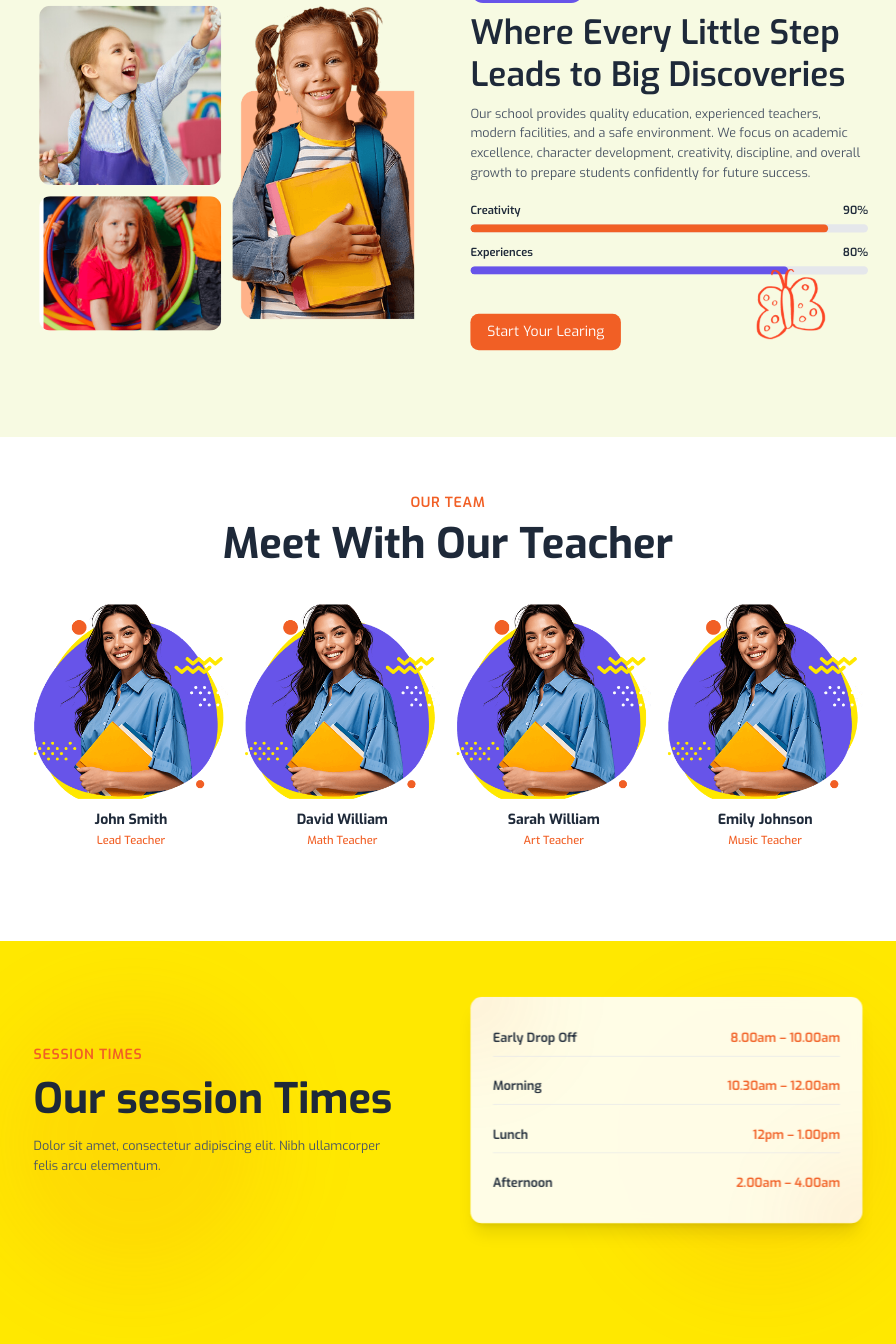
Repository: deepak445566/school
Page: / (app in okwork/)
These files come from the project's save history. The page is drawn as it stood at one moment and after the next save; the edit follows.
The browser window is 1280 px wide. The pictures show the part of the page from y = 816 to 2736 px (the page is 2736 px tall), at 70% of full size.
Some web fonts or font styles are not loaded; a fallback is used. The project was rebuilt for these pictures with package versions that can differ from the ones it lists, and the page was loaded fresh each time. Some packages were replaced by stand-ins written for this rebuild. Also part of the build but not shown: okwork/vite.config.js.

Above is the page before, as saved 2026-02-18 19:34:59.

After the next save:
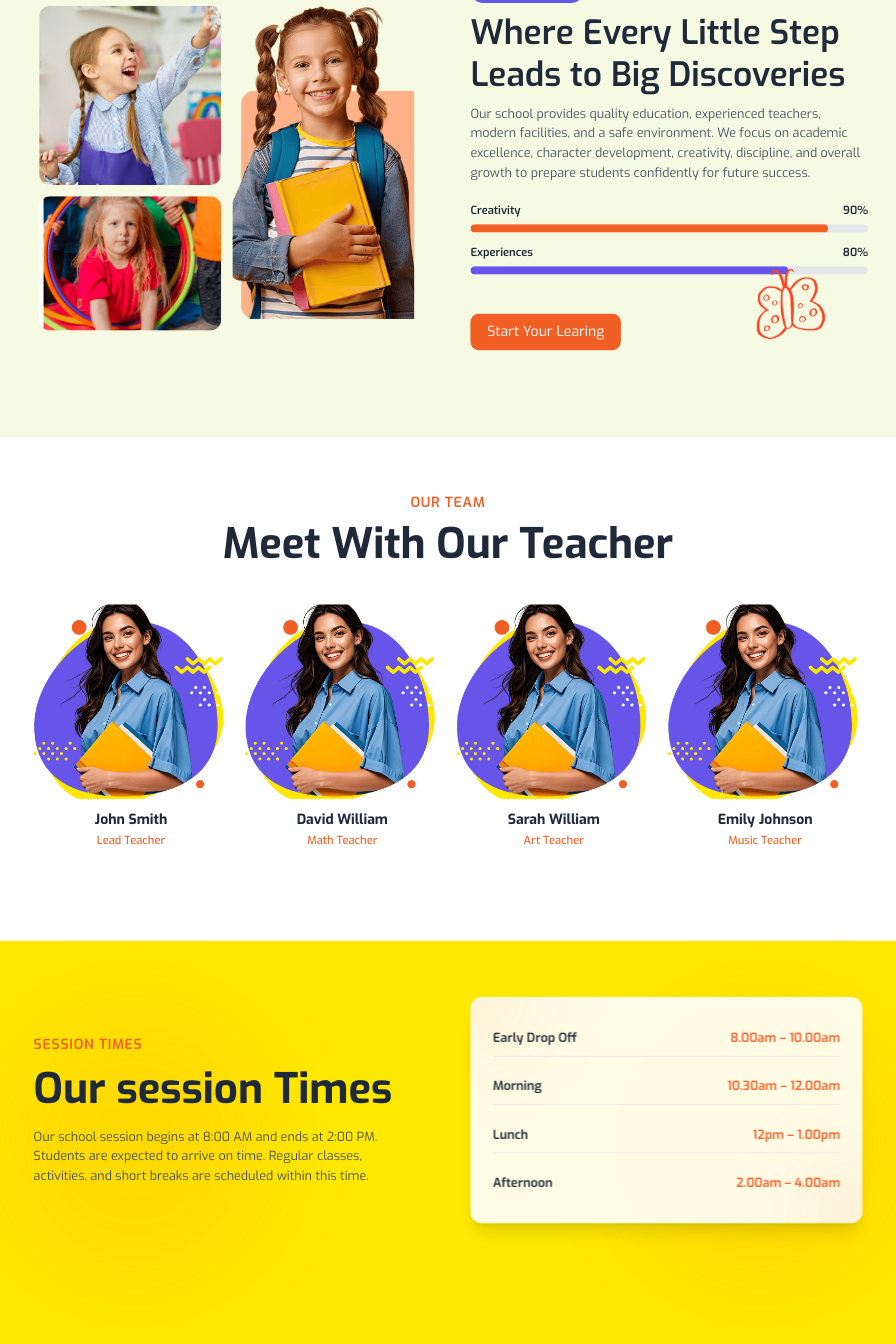
Saved 42 s later.
--- a/okwork/src/components/ScheduleSection.jsx
+++ b/okwork/src/components/ScheduleSection.jsx
@@ -22,7 +22,7 @@ const ScheduleSection = () => {
               Our session Times
             </h1>
             <p className="text-gray-600 text-base md:text-lg max-w-lg mx-auto lg:mx-0">
-              Dolor sit amet, consectetur adipiscing elit. Nibh ullamcorper felis arcu elementum.
+             Our school session begins at 8:00 AM and ends at 2:00 PM. Students are expected to arrive on time. Regular classes, activities, and short breaks are scheduled within this time.
             </p>
           </div>
 
